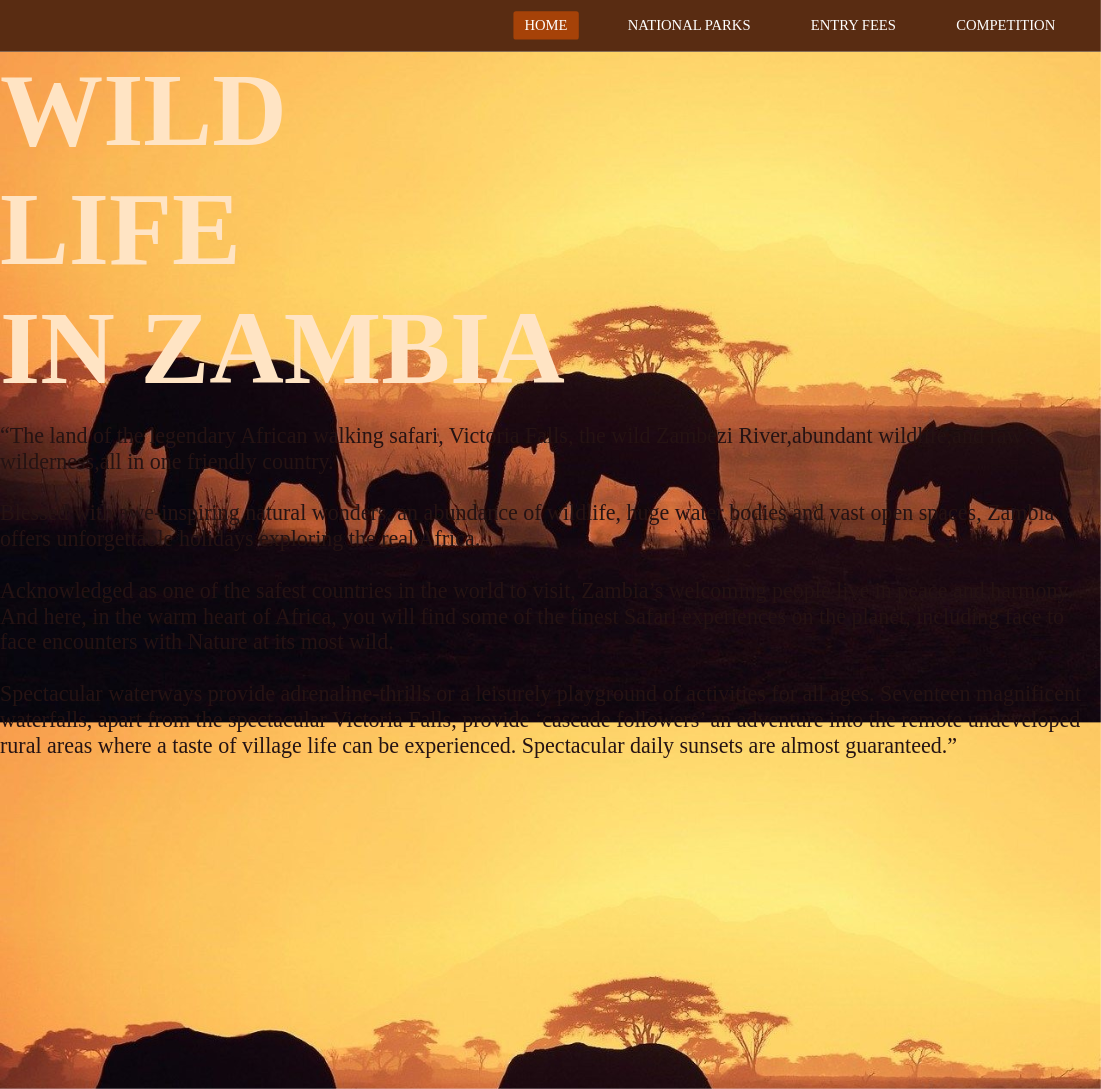
Repository: Lungdjos/web_assignment_3rd_yr
Page: home/index.html
An editor plug-in stored every save of this project. The page is shown before and after the next save, followed by the edit.
The browser window is 1280 px wide. The pictures show the whole page, at 86% of full size.
Some web libraries are served in a nearby version.

Above is the page before, as saved 2021-06-18 15:21:18.

### home/index.html
<!DOCTYPE html>
<html lang="en">

<head>
    <meta charset="UTF-8">
    <meta http-equiv="X-UA-Compatible" content="IE=edge">
    <meta name="viewport" content="width=device-width, initial-scale=1.0">
    <link rel="stylesheet" href="index.css">


    <title>Home</title>
    <script src="https://kit.fontawesome.com/a076d05399.js"></script>
</head>

<body>
    <nav>
        <input type="checkbox" id="check">
        <label for="check" class="checkbtn">
            <i class="fas fa-bars"></i>
        </label>
        <label class="logo">  </label>

        <ul>
            <li><a class="active" href="#">Home</a></li>
            <li><a class="dropdown" href="#">National Parks</a>
                <ul class="drop">
                    <li>
                        <a href="/national parks/lower_zambezi/Lower_Zambezi.html">Lower Zambezi</a>
                    </li>
                    <li>
                        <a href="/national parks/mosi-oa-tunia/Mosi-oa-Tunya.html">Mosi oa Tunia</a>
                    </li>
                    <li>
                        <a href="/national parks/south_luangwa/South_Luangwa.html">South Luangwa</a>
                    </li>
                    <li>
                        <a href="/national parks/north_luangwa/North_Luangwa.html">North Luangwa</a>
                    </li>
                </ul>
            </li>
            <li><a href="/entry fee/entry_fee.html">Entry Fees</a></li>
            <li><a href="/competition/competition.html">Competition</a></li>

        </ul>
    </nav>
    <div>
        <section>
            <div>
                <p class="welcome">
                    <strong id="01">WILD</strong><br>
                    <strong id="02">LIFE</strong><br>
                    <strong id="03">IN ZAMBIA</strong>
                </p>
            </div>
            <br>
            <div>
                <p class="para2">
                    <q>The land of the legendary African walking safari, Victoria Falls, the wild Zambezi River,abundant wildlife,and raw wilderness,all in one friendly country. <br><br>Blessed with awe-inspiring natural wonders, an abundance of wildlife,
                    huge water bodies and vast open spaces, Zambia offers unforgettable holidays exploring the real Africa. <br><br>Acknowledged as one of the safest countries in the world to visit, Zambia’s welcoming people live in peace and harmony. And here,
                    in the warm heart of Africa, you will find some of the finest Safari experiences on the planet, including face to face encounters with Nature at its most wild.<br> <br>Spectacular waterways provide adrenaline-thrills or a leisurely playground
                    of activities for all ages. Seventeen magnificent waterfalls, apart from the spectacular Victoria Falls, provide ‘cascade followers’ an adventure into the remote undeveloped rural areas where a taste of village life can be experienced.
                    Spectacular daily sunsets are almost guaranteed.</q></p>
            </div>

        </section>
    </div>


</body>

</html>

### home/index.css
    * {
        padding: 0;
        margin: 0;
        text-decoration: none;
        box-sizing: border-box;
    }

    body {
        font-family: montserrat;
    }

    nav {
        background: #592C12;
        height: 60px;
        width: 100%;
    }

    label.logo {
        color: white;
        font-size: 35;
        line-height: 60px;
        padding: 0 100px;
        font-weight: bold;
    }

    nav ul {
        float: right;
        margin-right: 20px;
    }

    nav ul li {
        display: inline-block;
        line-height: 60px;
        margin: 0 20px;
    }

    nav ul li a {
        color: white;
        font-size: 17px;
        padding: 7px 13px;
        border-radius: 3px;
        text-transform: uppercase;
    }

    a.active,
    a:hover {
        background: #A64208;
        transition: 0.5s;
    }

    .checkbtn {
        font-size: 30px;
        color: white;
        float: right;
        line-height: 60px;
        margin-right: 40px;
        cursor: pointer;
        display: none;
    }

    #check {
        display: none;
    }

    @media (max-width: 1080px) {
        label.logo {
            font-size: 30px;
            padding-left: 50px;
        }
        nav ul li a {
            font-size: 16px;
        }
    }

    @media (max-width: 1080px) {
        .checkbtn {
            display: block;
        }
        ul {
            position: fixed;
            width: 100%;
            height: 100vh;
            background: #592C12;
            top: 80px;
            left: -100%;
            text-align: center;
            transition: all 0.5s;
        }
        nav ul li {
            display: block;
            margin: 50px 0;
            line-height: 20px;
        }
        nav ul li a {
            font-size: 20px;
            font-family: Arial, Helvetica, sans-serif;
        }
        a:hover,
        a.active {
            background: none;
            color: #F2D1B3;
        }
        #check:checked~ul {
            left: 0;
        }
    }

    section {
        background: url(/assets/images/elephants.jpg);
        background-size: no repeat;
        height: calc(180vh - 90px);
    }
    /**New Content Added*/

    nav ul li ul a {
        display: block;
        padding: 0 15px;
        color: white;
        text-decoration: none;
    }

    nav ul li:hover>ul {
        display: block;
    }

    nav ul ul {
        position: absolute;
        top: 30px;
        list-style-type: none;
        line-height: 60px;
    }

    nav ul ul li {
        display: none;
    }

    nav ul ul a {
        width: 100%;
        float: none;
        display: list-item;
        position: relative;
    }

    nav ul ul li a {
        display: list-item;
        list-style-type: none;
        position: inherit;
    }
    /**Wild Life Formatting*/

    strong#01 {
        font-size: 100px;
        font-family: Arial, Helvetica, sans-serif;
    }

    strong#02 {
        margin-left: 100px;
    }

    .welcome {
        color: bisque;
        font-size: 120px;
    }

    .para2 {
        font-variant-position: initial;
        font-size: 1.6em;
        color: rgb(37, 19, 19);
        display: relative;
        float: initial;
    }

After the next save:
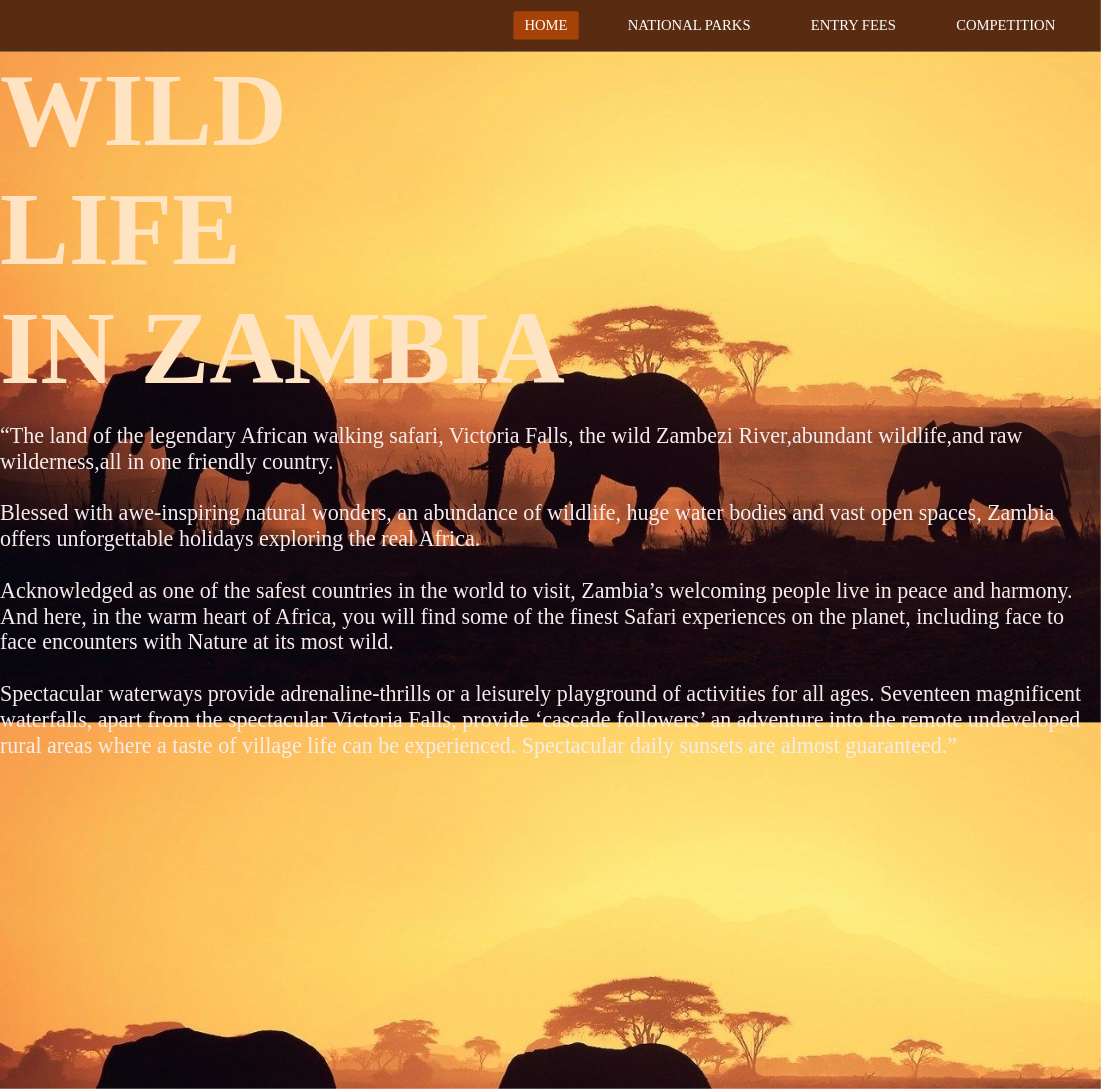
Saved 72 s later.
--- a/home/index.css
+++ b/home/index.css
@@ -165,7 +165,7 @@
     .para2 {
         font-variant-position: initial;
         font-size: 1.6em;
-        color: rgb(37, 19, 19);
+        color: rgb(247, 236, 236);
         display: relative;
         float: initial;
     }
